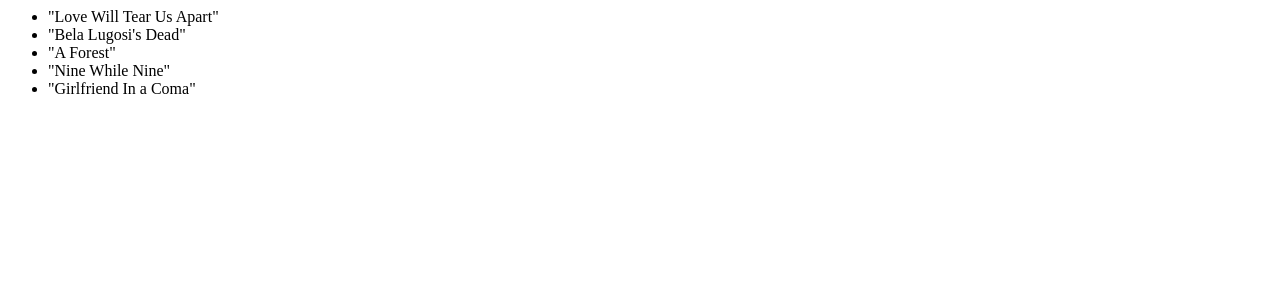
Repository: brianratemo/images.html
Page: my_list.html
These files come from the project's save history. The page is drawn as it stood at one moment and after the next save; the edit follows.
The browser window is 1280 px wide. The pictures show the whole page.

Above is the page before, as saved 2023-03-19 05:41:31.

### my_list.html
<ul><li>"Love Will Tear Us Apart"</li>
    <li>"Bela Lugosi's Dead"</li>
    <li>"A Forest"</li>
    <li>"Nine While Nine"</li>
    <li>"Girlfriend In a Coma"</li></ul>

After the next save:
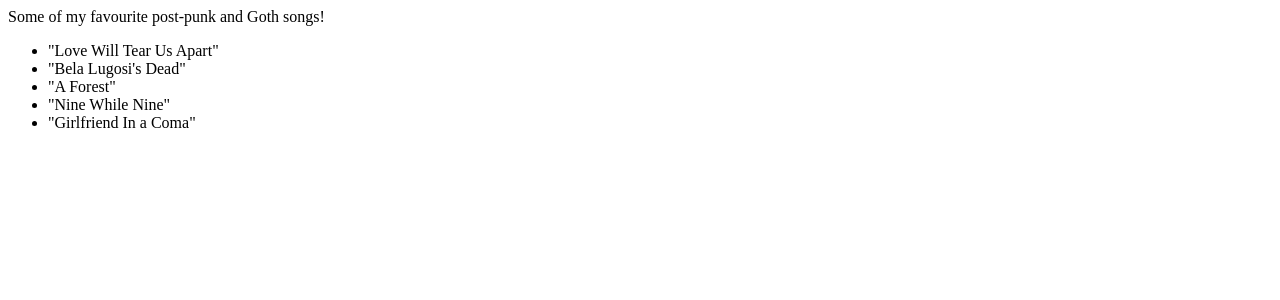
Saved 3 min 58 s later.
--- a/my_list.html
+++ b/my_list.html
@@ -1,3 +1,4 @@
+<p>Some of my favourite post-punk and Goth songs!</p>
 <ul><li>"Love Will Tear Us Apart"</li>
     <li>"Bela Lugosi's Dead"</li>
     <li>"A Forest"</li>
